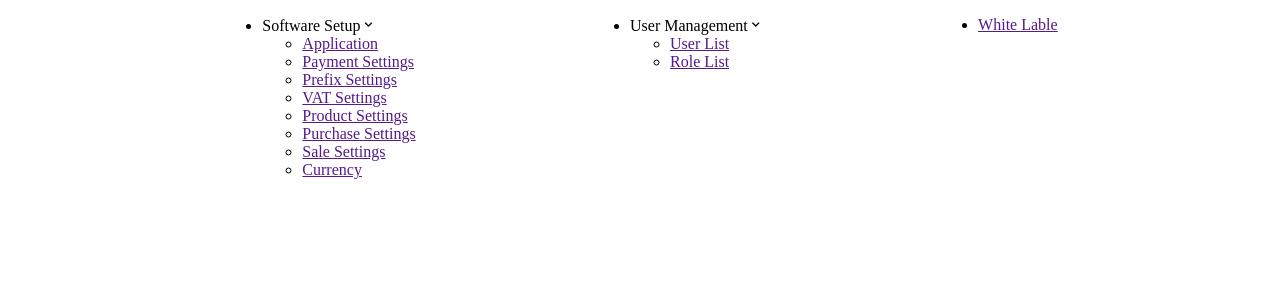
Repository: codebyaddro/pos-settings
Page: settings.html
The author's editor kept a copy of each file at every save. The page is drawn from the files as they stood at one save, then again after a run of saves.
The browser window is 1280 px wide. The pictures show the whole page.

Above is the page before, as saved 2025-02-16 13:48:34.

### settings.html
<!DOCTYPE html>
<html lang="en">
<head>
    <meta charset="UTF-8">
    <meta name="viewport" content="width=device-width, initial-scale=1.0">
    <!-- CSS -->
    <link rel="stylesheet" href="/css/settings.css">
    <!-- ICON -->
    <link href='https://unpkg.com/boxicons@2.1.4/css/boxicons.min.css' rel='stylesheet'>
    <title>Settings - Page</title>
</head>
<body>
    <div class="cba-settings-container">
        <div class="cba-settings-top-menubar">
            <ul>
                <li>
                    Software Setup<i class='bx bx-chevron-down'></i>
                    <ul>
                        <li><a href="">Application</a></li>
                        <li><a href="">Payment Settings</a></li>
                        <li><a href="">Prefix Settings</a></li>
                        <li><a href="">VAT Settings</a></li>
                        <li><a href="">Product Settings</a></li>
                        <li><a href="">Purchase Settings</a></li>
                        <li><a href="">Sale Settings</a></li>
                        <li><a href="">Currency</a></li>
                    </ul>
                </li>
                <li>
                    User Management<i class='bx bx-chevron-down'></i>
                    <ul>
                        <li><a href="">User List</a></li>
                        <li><a href="">Role List</a></li>
                    </ul>
                </li>
                <li><a href="">
                    White Lable
                </a></li>
            </ul>
        </div>
    </div>
</body>
</html>

### css/settings.css
/* -- font link -- */

@import url('https://fonts.googleapis.com/css2?family=Poppins:ital,wght@0,100;0,200;0,300;0,400;0,500;0,600;0,700;0,800;0,900;1,100;1,200;1,300;1,400;1,500;1,600;1,700;1,800;1,900&display=swap');

/* -- root css -- */

:root {
    --gray-white: #F0F1F2; /* For body*/
    --white: #FFFFFF;
    --black: #000000;
    --gray-black: #DDDDDD;
    --lt-gray: #EFEFEF;
    --lt-black: #212523;
    --lt-black-op: #21252350;
    --main-green: #157343;
    --main-lt: #37A000;
    --lt-orange: #FD7E14;
    --green: #008000;
    --lt-green: #e9f6ec;
    --lp-green: #F8FAF8;
    --red: #FF0000;
    --lt-red: #fbeaec;
}

/* -- universal style -- */

/* * {
    margin: 0;
    padding: 0;
    box-sizing: border-box;
    font-family: "Poppins", serif;
} */

/* -- web app cursor element selection style -- */

::selection {
    color: var(--white);
    background-color: var(--main-lt);
}

/* -- settings top menu bar style -- */

.cba-settings-top-menubar > ul {
    display: flex;
    justify-content: space-evenly;
}

After the next 6 saves:
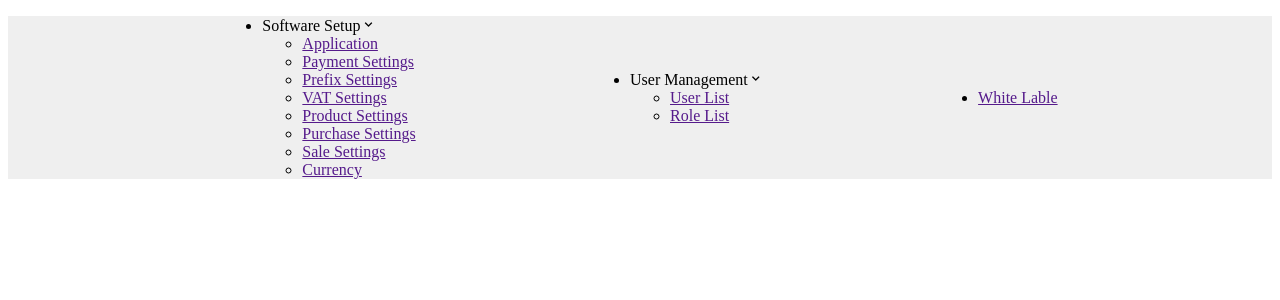
The 6 saves are shown as one change because they came seconds apart.
The last was saved 53 s later.
--- a/css/settings.css
+++ b/css/settings.css
@@ -43,4 +43,6 @@
 .cba-settings-top-menubar > ul {
     display: flex;
     justify-content: space-evenly;
+    align-items: center;
+    background-color: var(--lt-gray);
 }
